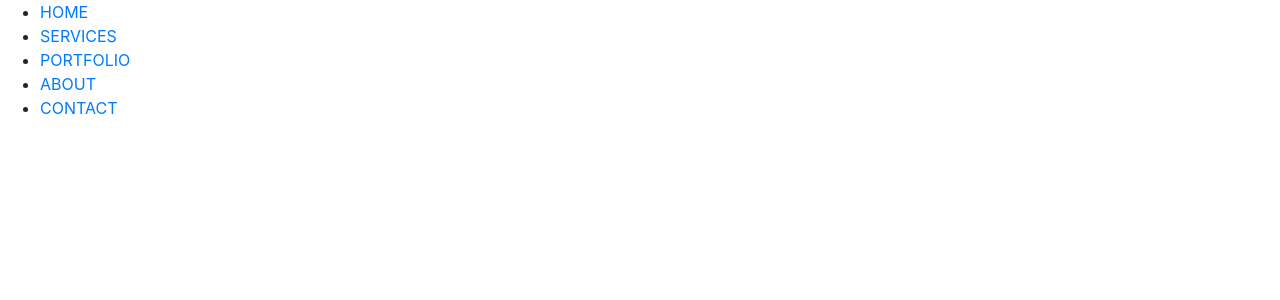
Repository: arek-adamik/golden-webpage
Page: index.html
These files come from the project's save history. The page is drawn as it stood at one moment and after a run of saves; the edit follows.
The browser window is 1280 px wide. The pictures show the whole page.
Some web libraries are served in a nearby version. The style sheet was rebuilt from its Sass, Less or Tailwind sources for each picture, by a compiler version that may differ from the author's.

Above is the page before, as saved 2021-05-03 21:10:38.

### index.html
<!DOCTYPE html>
<html lang="en">
  <head>
    <meta name="viewport" content="width=device-width, initial-scale=1.0">
    <meta charset="utf-8">
    <title>Sklep Internetowy</title>
    <link rel="stylesheet" href="https://use.fontawesome.com/releases/v5.5.0/css/all.css">
    <link rel="stylesheet" href="vendor/bootstrap-grid.css">
    <link rel="stylesheet" href="css/style.css">
    <link rel="stylesheet" href="https://stackpath.bootstrapcdn.com/bootstrap/4.5.1/css/bootstrap.min.css" integrity="sha384-VCmXjywReHh4PwowAiWNagnWcLhlEJLA5buUprzK8rxFgeH0kww/aWY76TfkUoSX" crossorigin="anonymous">
  </head>
  <body>
      <nav class="navigation">
          <ul>
              <li><a href="#">HOME</a></li>
              <li><a href="#">SERVICES</a></li>
              <li><a href="#">PORTFOLIO</a></li>
              <li><a href="#">ABOUT</a></li>
              <li><a href="#">CONTACT</a></li>


          </ul>

      </nav>
  </body>
  </html>

### sass/style.scss
.navigation {
    ul {
        display:inline-block

    }

}

Loaded but not shown: vendor/bootstrap-grid.css (library)

After the next 3 saves:
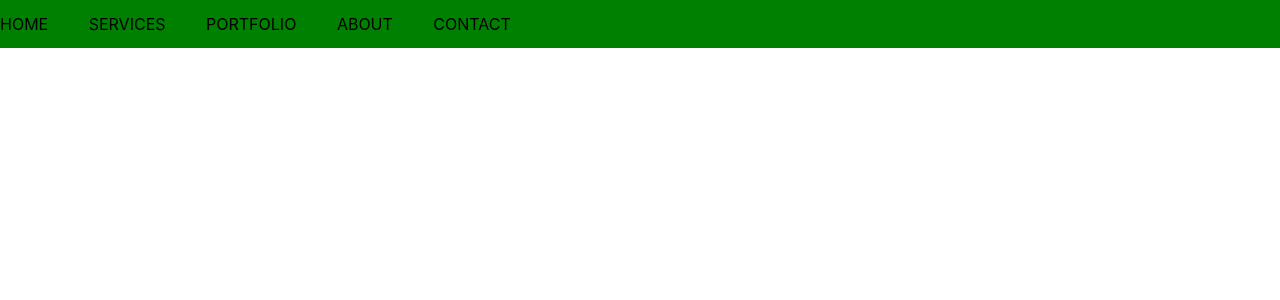
The 3 saves are shown as one change because 2 did not build or start.
The last was saved 4 min 35 s later.
--- a/sass/style.scss
+++ b/sass/style.scss
@@ -1,7 +1,24 @@
 .navigation {
-    ul {
-        display:inline-block
-
-    }
-
+    background-color: green;
+    padding: 12px 0 12px 0;
+        ul {
+            padding: 0;
+            margin: 0;
+            list-style-type: none;
+        }
+        li {
+            display: inline-block;
+            margin-right: 36px;
+            position: relative;
+        }
+        a {
+            text-decoration: none;
+            color: black;
+        }
+        a:hover {
+            color: white;
+        }
+        .menu {
+            display: none;
+        }
 }
